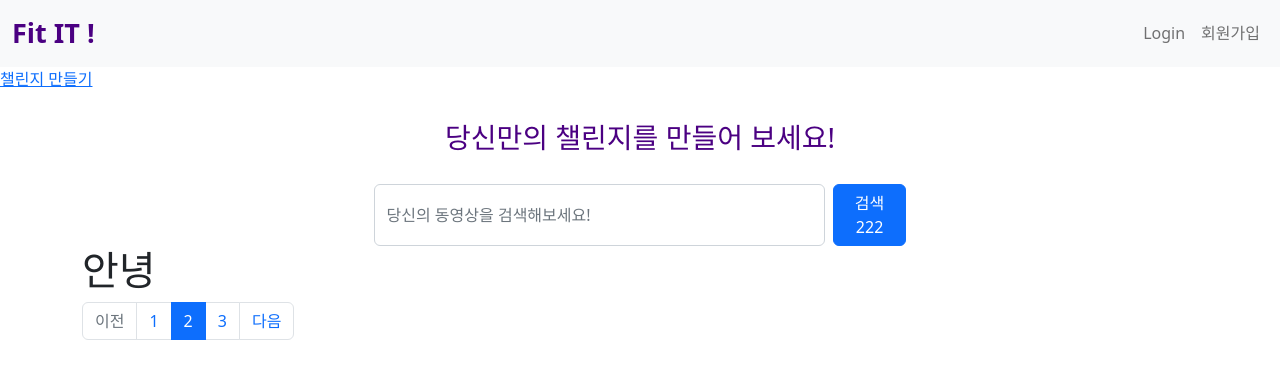
Repository: 4everGirls/Fit-IT-FRONT
Page: /makeChallenge (app in FrontEnd/fit-it/)
These files come from the project's save history. The page is drawn as it stood at one moment and after the next save; the edit follows.
The browser window is 1280 px wide. The pictures show the whole page.
The project was rebuilt for these pictures with package versions that can differ from the ones it lists, and the page was loaded fresh each time. Also part of the build but not shown: FrontEnd/fit-it/vue.config.js, FrontEnd/fit-it/src/views/HomeView.vue, FrontEnd/fit-it/src/components/user/RegistUser.vue, FrontEnd/fit-it/src/components/user/LoginUser.vue.

Above is the page before, as saved 2022-11-20 01:30:16.

After the next save:
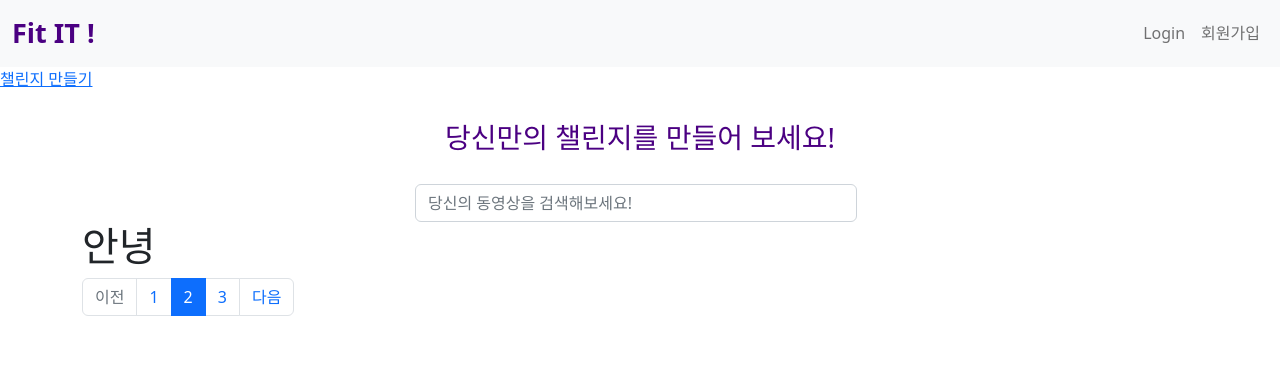
Saved 18 s later.
--- a/FrontEnd/fit-it/src/components/challenge/MakeChallenge/SearchVideo.vue
+++ b/FrontEnd/fit-it/src/components/challenge/MakeChallenge/SearchVideo.vue
@@ -15,9 +15,7 @@
             @keyup.enter="search"
             v-model="keyword"
           />
-          <button class="btn btn-primary" type="submit" >
-            검색222
-          </button>
+
         </form>
       </div>
     </div>
